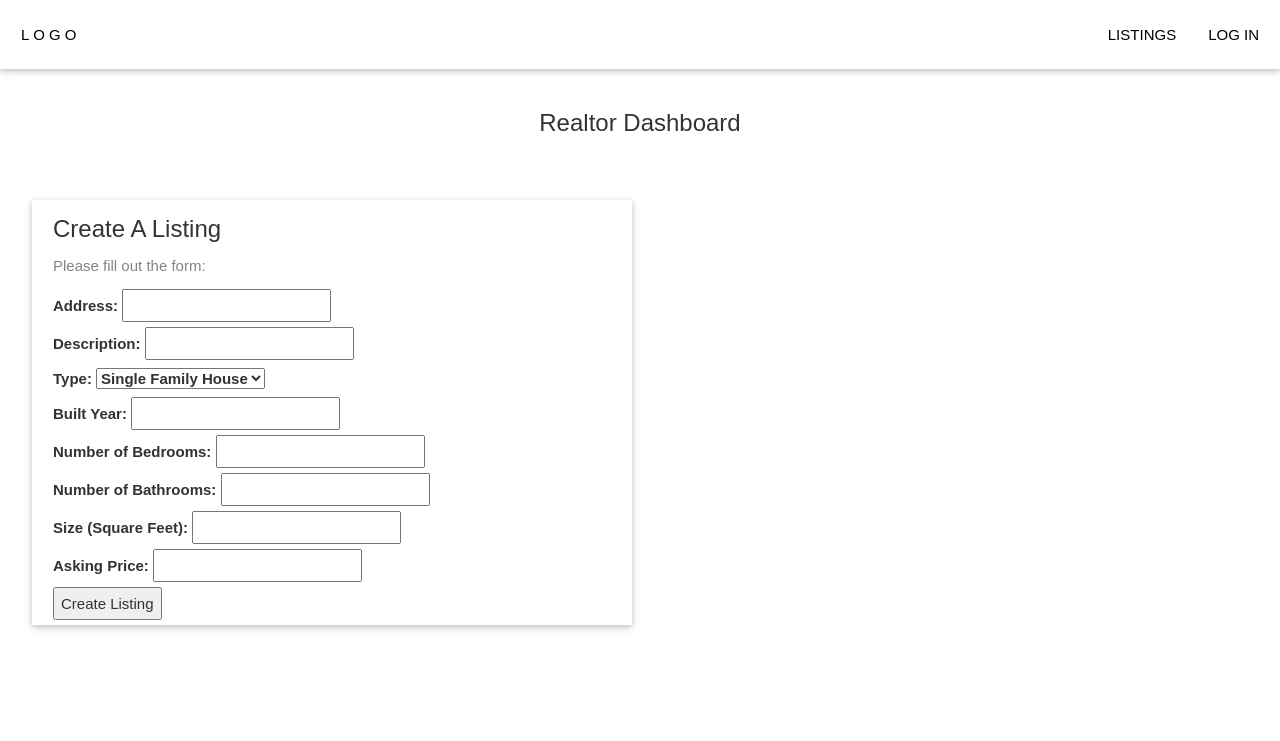
Repository: rickytorrez/test
Page: http://localhost/dcHome/WEB-INF/realtor.jsp
These files come from the project's save history. The page is drawn as it stood at one moment and after the next save; the edit follows.
The browser window is 1280 px wide. The pictures show the whole page.
Some web fonts or font styles are not loaded; a fallback is used. The page is served by Tomcat 9. Nobody is signed in. Other server files are loaded and not shown. The template is opened directly, without the code that normally fills it, so the values that code supplies are empty.

Above is the page before, as saved 2018-06-04 15:52:34.

### dcHome/src/main/webapp/WEB-INF/realtor.jsp
<%@ page language="java" contentType="text/html; charset=UTF-8"
    pageEncoding="UTF-8"%>
<%@ taglib uri="http://java.sun.com/jsp/jstl/core" prefix="c" %>
<%@ taglib prefix="fmt" uri="http://java.sun.com/jsp/jstl/fmt"%>
<%@ taglib prefix="form" uri="http://www.springframework.org/tags/form"%>
<%@ taglib prefix="spring" uri="http://www.springframework.org/tags" %>

<!DOCTYPE html PUBLIC "-//W3C//DTD HTML 4.01 Transitional//EN" "http://www.w3.org/TR/html4/loose.dtd">
<html>
	<head>
		<meta http-equiv="Content-Type" content="text/html; charset=UTF-8">
		<!-- bootstrap -->
		<link rel="stylesheet" href="https://maxcdn.bootstrapcdn.com/bootstrap/3.3.7/css/bootstrap.min.css">
		<!-- w3 -->
		<link href="<c:url value="/resources/dcHome/css/w3/w3.css" />" rel="stylesheet">
		<!-- font -->
		<link rel="stylesheet" href="https://fonts.googleapis.com/css?family=Raleway">
		<!-- font-awesome -->
		<link href="<c:url value="/resources/dcHome/css/font-awesome/css/font-awesome.min.css" />" rel="stylesheet">
		<!-- main stylesheet -->
		<link href="<c:url value="/resources/dcHome/css/style.css" />" rel="stylesheet">
		<title>Realtor Dashboard</title>
	</head>
	<body>
		<!-- Navbar (sit on top) -->
	 	<div class="w3-top">
            	<div class="w3-bar w3-white w3-card" id="myNavbar">
                	<a href="/users/new" class="w3-bar-item w3-button w3-wide">LOGO</a>
                	<!-- Right-sided navbar links -->
                	<div class="w3-right w3-hide-small">
                		<!-- if usre is admin -->
                		<c:if test="${user.isAdmin() == true}">
                    		<a href="/users/dashboard" class="w3-bar-item w3-button"></i> ADMIN</a>
                    	</c:if>
                    	<!-- if user is a buyer show favorites tab -->
                    	<c:if test="${user.isRealtor() == false}">
                    		<a href="/listings/favorites" class="w3-bar-item w3-button"></i> FAVORITES</a>
                    	</c:if>
                    	<!-- listings route -->
                    	<a href="/listings" onclick="w3_close()" class="w3-bar-item w3-button" ></i>LISTINGS</a>
                    	<!-- if user is realtor show realtor tab -->
                    	<c:if test="${user.isRealtor() == true}">
                    		<a href="/listings/realtor" class="w3-bar-item w3-button"></i> REALTOR</a>
                    	</c:if>
                    	<!-- if there's no user in session, show login -->
                    	<c:if test="${user == null}">
	                    	<!-- Modal link for Log In-Reg -->
	                    	<a href="#" class="w3-bar-item w3-button" data-toggle="modal" data-target="#logInUser" ></i> LOG IN</a>
	              	</c:if>
	              	<!-- if there's a user in session, show logout -->
	              	<c:if test="${user != null}">
	              		<a href="/users/new" class="w3-bar-item w3-button"></i> LOG OUT</a>
	              	</c:if>
                	</div>

                	<!-- Hide right-floated links on small screens and replace them with a menu icon -->
                	<a href="javascript:void(0)" class="w3-bar-item w3-button w3-right w3-hide-large w3-hide-medium" onclick="w3_open()">
                    	<i class="fa fa-bars"></i>
                	</a>
            	</div>
        	</div>

        	<!-- Sidebar on small screens when clicking the menu icon -->
        	<nav class="w3-sidebar w3-bar-block w3-black w3-card w3-animate-left w3-hide-medium w3-hide-large" style="display:none" id="mySidebar">
            	<a href="javascript:void(0)" onclick="w3_close()" class="w3-bar-item w3-button w3-large w3-padding-16">Close ×</a>
            	<a href="#listings" onclick="w3_close()" class="w3-bar-item w3-button">LISTINGS</a>
            	<a href="#contact" onclick="w3_close()" class="w3-bar-item w3-button">CONTACT</a>
        	</nav>

		<!-- Listing Section -->
        	<div class="w3-container" style="padding:100px 16px" id="listings">
            	<h3 class="w3-center">Realtor Dashboard</h3>

            	<div class="w3-row-padding " style="margin-top:64px">

            		<!-- Listing Picture Section (Left) -->
                	<div class="w3-col l6 m6 w3-margin-bottom">
                    	<div class="w3-card">
                    		<div class="w3-container">
                            	<h3>Create A Listing</h3>
                            	<p class="w3-opacity">Please fill out the form:</p>
                            		<form:form method="POST" action="/listings/createListing" modelAttribute="listing">
									<form:label path="address">Address:
										<form:input path="address"></form:input>
										<form:errors path="address"/>
									</form:label><br>

									<form:label path="description">Description:
										<form:input path="description"></form:input>
										<form:errors path="description"/>
									</form:label><br>
									<form:label path="type">Type:
										<form:select path="type">
											<form:option value="Single-Family-House">Single Family House</form:option>
											<form:option value="Town-House">Town House</form:option>
											<form:option value="Apartment">Apartment</form:option>
										</form:select>
									</form:label><br>
									<form:label path="yearbuilt">Built Year:
										<form:input type="number" path="yearbuilt"></form:input>
										<form:errors path="yearbuilt"/>
									</form:label><br>
									<form:label path="numberofrooms">Number of Bedrooms:
										<form:input type="number" path="numberofrooms"></form:input>
										<form:errors path="numberofrooms"/>
									</form:label><br>
									<form:label path="numberofbathrooms">Number of Bathrooms:
										<form:input type="number" path="numberofbathrooms"></form:input>
										<form:errors path="numberofbathrooms"/>
									</form:label><br>
									<form:label path="size">Size (Square Feet):
										<form:input type="number" path="size"></form:input>
										<form:errors path="size"/>
									</form:label><br>
									<form:label path="cost">Asking Price:
										<form:input type="number" path="cost"></form:input>
										<form:errors path="cost"/>
									</form:label><br>
									<input type="submit" value="Create Listing"/>
								</form:form>
                        	</div>
                    	</div>
                	</div>
				<c:forEach items="${user.listings}" var="listing">
	                	<div class="w3-col l6 m6 w3-margin-bottom">
	                    	<div class="w3-card">
	                        	<div class="w3-container">
	                            	<h3>${ listing.address }</h3>
	                            	<p class="w3-opacity"><a href="/listings/${listing.id}/edit"><button>Edit</button></a></p>

	                        	</div>
	                    	</div>
	                	</div>
             	</c:forEach>
			</div>
		</div>
	</body>
</html>

### dcHome/src/main/webapp/resources/dcHome/css/style.css
body,
h1,
h2,
h3,
h4,
h5,
h6 {
	font-family: "Raleway", sans-serif
}

body, html {
    height: 100%;
    line-height: 1.8;
}
/* Full height image header */
.bgimg-1 {
    background-position: center;
    background-size: cover;
    background-image: url("../img/dcHomeBG.jpg");
    min-height: 100%;
}
.w3-bar .w3-button {
    padding: 16px;
}

.w3-card{
    padding: 5px;
}

.img-gallery-1, .img-gallery-2{
    margin-top:5px;
}

Loaded but not shown: dcHome/src/main/webapp/resources/dcHome/css/w3/w3.css (library); dcHome/src/main/webapp/resources/dcHome/css/font-awesome/css/font-awesome.min.css (library)

After the next save:
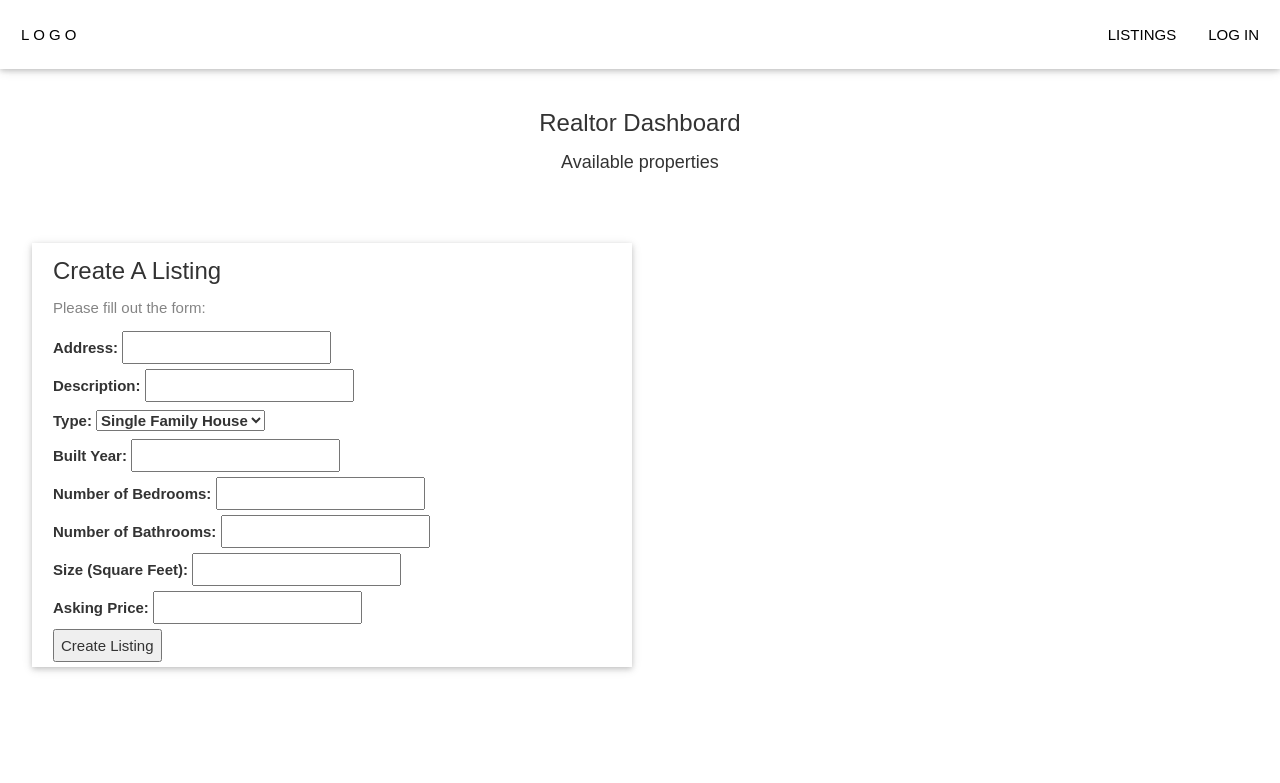
Saved 64 s later.
--- a/dcHome/src/main/webapp/WEB-INF/realtor.jsp
+++ b/dcHome/src/main/webapp/WEB-INF/realtor.jsp
@@ -70,6 +70,7 @@
 		<!-- Listing Section -->
         	<div class="w3-container" style="padding:100px 16px" id="listings">
             	<h3 class="w3-center">Realtor Dashboard</h3>
+            	<p class="w3-center w3-large">Available properties</p>
 
             	<div class="w3-row-padding " style="margin-top:64px">
 
